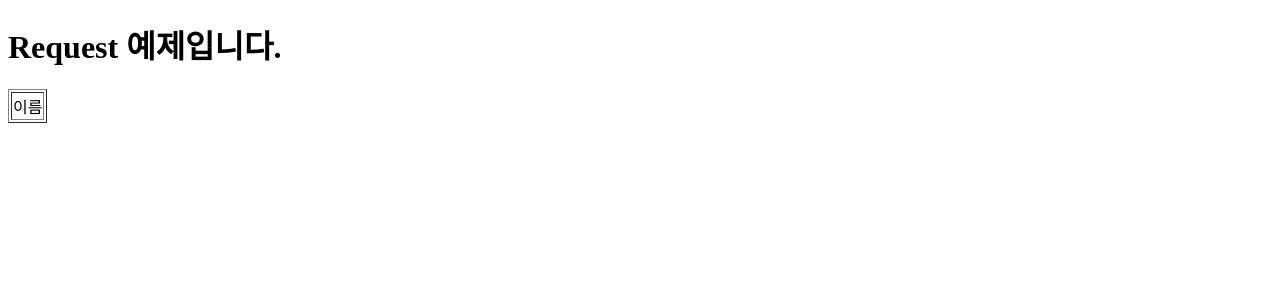
Repository: serendipity63/jsp_workspace
Page: http://localhost/JspExam5/requestTest1.jsp
An editor plug-in stored every save of this project. The page is shown before and after the next save, followed by the edit.
The browser window is 1280 px wide. The pictures show the whole page.
The page is served by Tomcat 9. Other server files are loaded and not shown.

Above is the page before, as saved 2023-09-20 03:41:21.

### JspExam5/src/main/webapp/requestTest1.jsp
<%@ page language="java" contentType="text/html; charset=UTF-8"
    pageEncoding="UTF-8"%>
<!DOCTYPE html>
<html>
<head>
<meta charset="UTF-8">
<title>Insert title here</title>
</head>
<body>
<h1>Request 예제입니다.</h1>
<table border="1" style="width:'400px'">
	<tr>
	<td>이름</td>
	</tr>
</table>

</body>
</html>

After the next save:
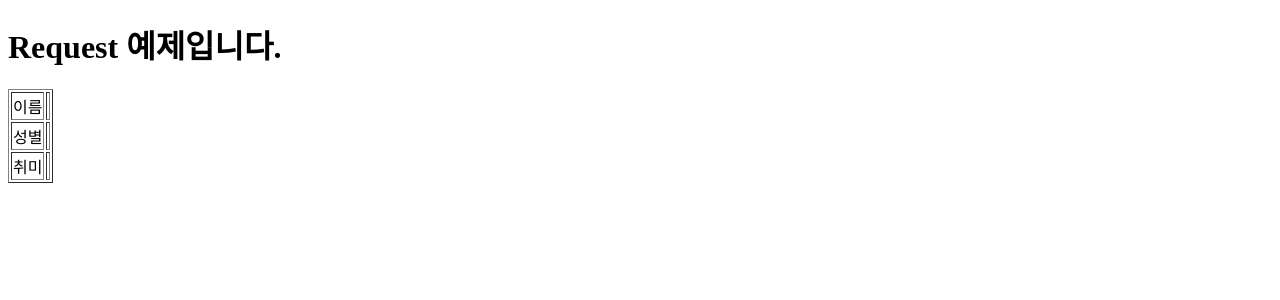
Saved 36 s later.
--- a/JspExam5/src/main/webapp/requestTest1.jsp
+++ b/JspExam5/src/main/webapp/requestTest1.jsp
@@ -11,6 +11,18 @@
 <table border="1" style="width:'400px'">
 	<tr>
 	<td>이름</td>
+	<td></td>
+
+	</tr>
+	<tr>
+	<td>성별</td>
+	<td></td>
+
+	</tr>
+	<tr>
+	<td>취미</td>
+	<td></td>
+
 	</tr>
 </table>
 
